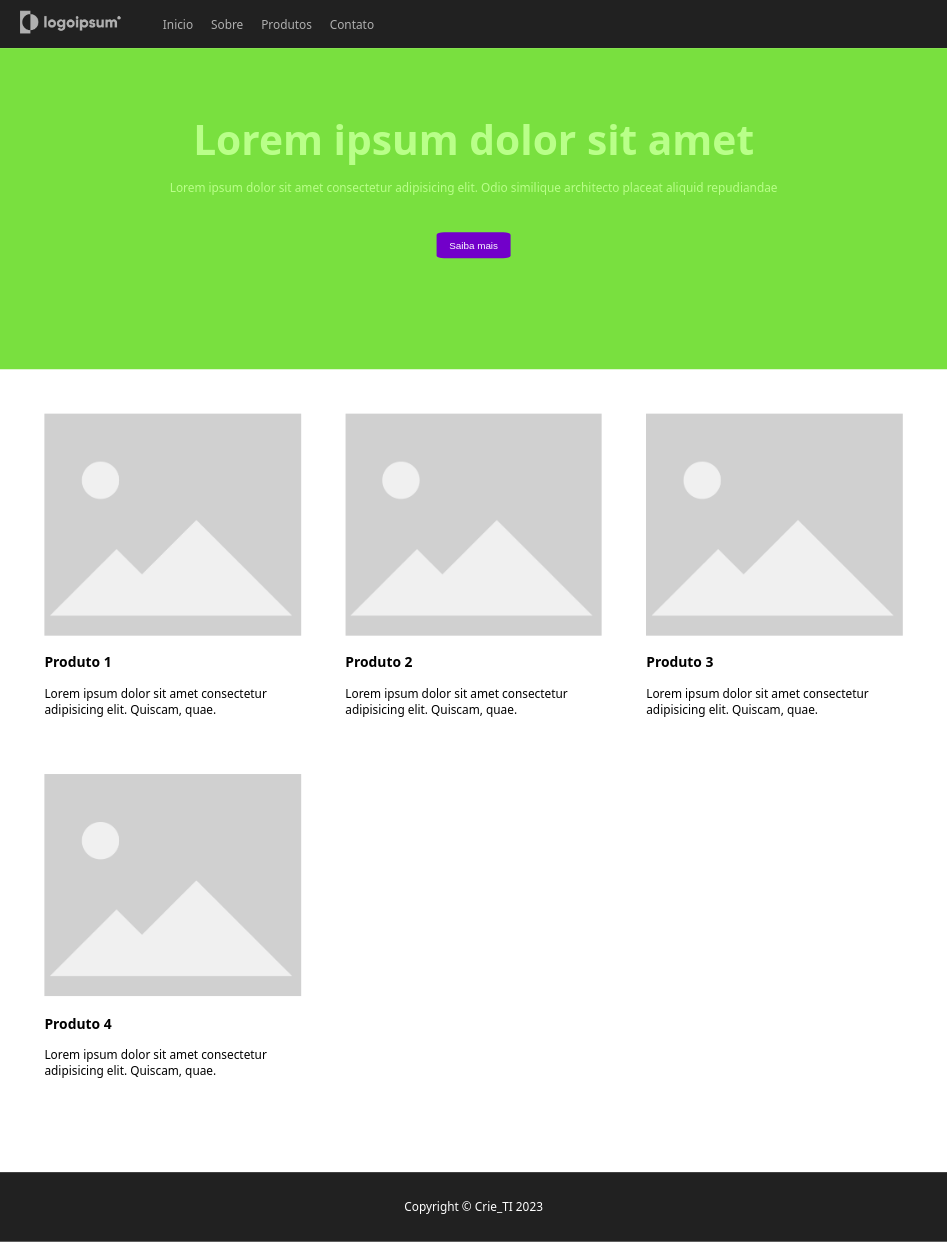
Repository: Carolden/SiteCrie_Ti
Page: index.html
An editor plug-in stored every save of this project. The page is shown before and after the next save, followed by the edit.
The browser window is 1280 px wide. The pictures show the whole page, at 74% of full size.

Above is the page before, as saved 2023-04-25 21:30:06.

After the next save:
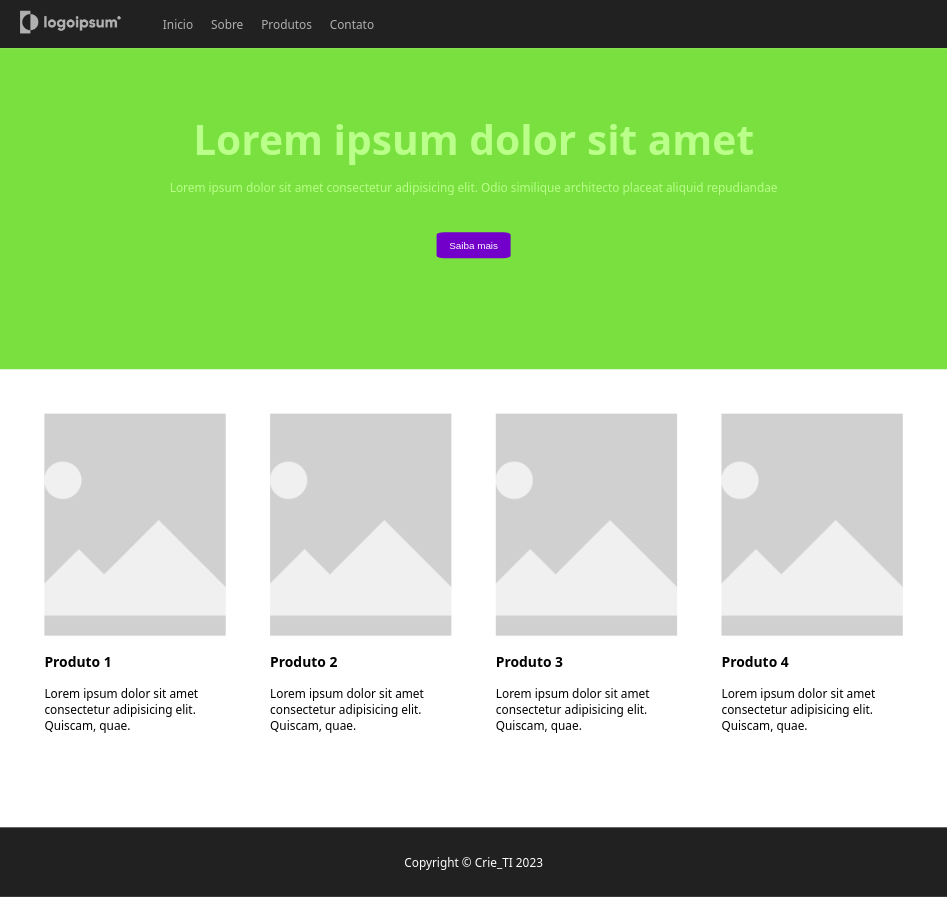
Saved 8 s later.
--- a/index.css
+++ b/index.css
@@ -79,7 +79,7 @@ button {
 
 .column {
     /* São 3 colunas, então o width recebe 33.33%, separando a linha em três colunas */
-    width: 33.33%;
+    width: 25%;
     /* border-box = o padrão é content-box, alterando para border-box, passa a contabilizar o padding */
     box-sizing: border-box;
     padding: 30px;
